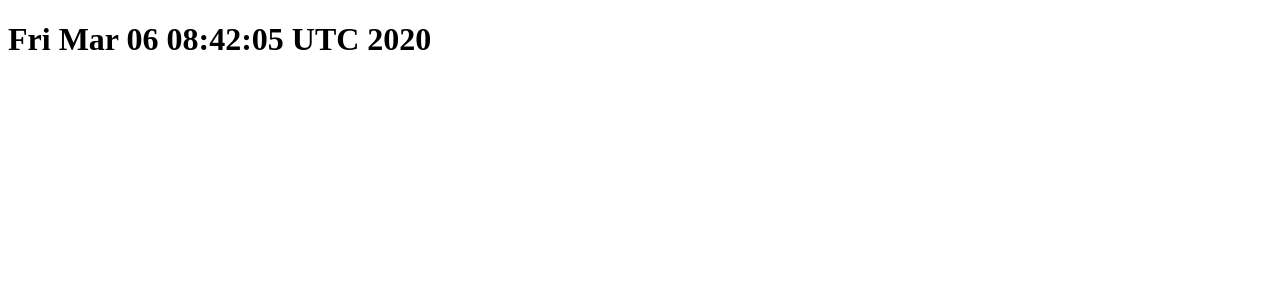
Repository: Solankinikhil/DailyWork
Page: http://localhost/CustomTag/date.jsp
The author's editor kept a copy of each file at every save. The page is drawn from the files as they stood at one save, then again after the next save.
The browser window is 1280 px wide. The pictures show the whole page.
The page is served by Tomcat 9.

Above is the page before, as saved 2020-03-11 04:48:47.

### eclipse-workspace/CustomTag/WebContent/date.jsp
<%@ page language="java" contentType="text/html; charset=ISO-8859-1"
	pageEncoding="ISO-8859-1"%>
<%@taglib prefix="pd" uri="/WEB-INF/tlds/tagLibraryDescriptor.tld"%>
<!DOCTYPE html>
<html>
<head>
<meta charset="ISO-8859-1">
<title>Insert title here</title>
</head>
<body>
	<pd:printDate>
	</pd:printDate>
</body>
</html>

### eclipse-workspace/CustomTag/src/com/cts/customTag/TagHandler.java
package com.cts.customTag;

import java.util.Date;

import javax.servlet.jsp.JspException;
import javax.servlet.jsp.JspWriter;
import javax.servlet.jsp.tagext.TagSupport;

import org.apache.jasper.runtime.JspWriterImpl;

public class TagHandler extends TagSupport {
	@Override
	public int doStartTag() throws JspException {
		System.out.println("from doStartTag()");
		JspWriter out = pageContext.getOut();
		try {
			out.write("<h1>" + new Date() + "</h1>");
		} catch (Exception e) {
			// TODO: handle exception
		}
		return super.doStartTag();
	}

	@Override
	public int doEndTag() throws JspException {
		System.out.println("from doEndTag()");
		return super.doEndTag();
	}
}

After the next save:
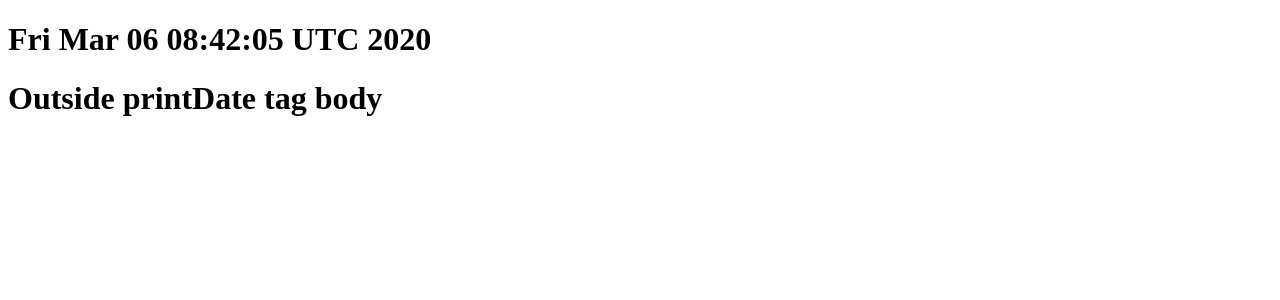
Saved 94 s later.
--- a/eclipse-workspace/CustomTag/WebContent/date.jsp
+++ b/eclipse-workspace/CustomTag/WebContent/date.jsp
@@ -9,6 +9,8 @@
 </head>
 <body>
 	<pd:printDate>
+	<h1>Inside printDate tag body</h1>
 	</pd:printDate>
+	<h1>Outside printDate tag body</h1>
 </body>
 </html>
